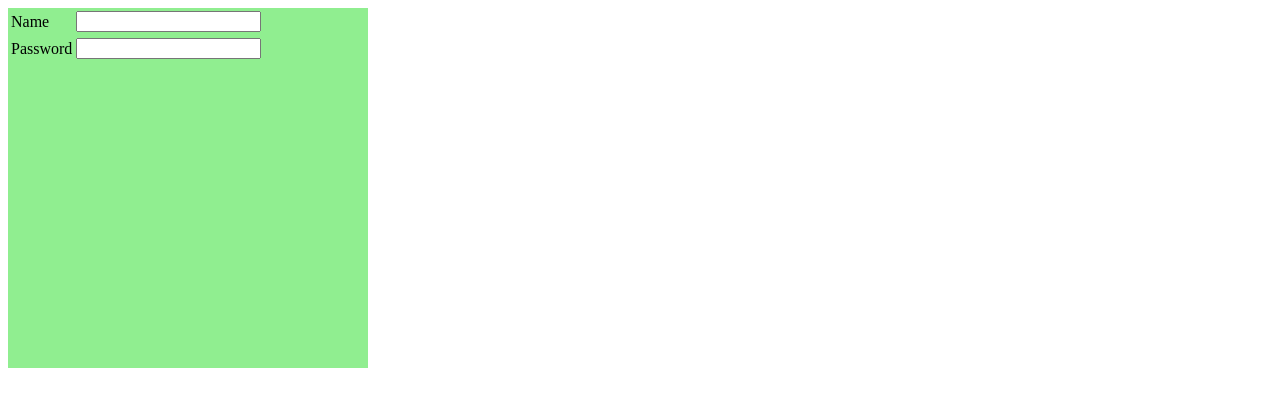
Repository: yash1sh/Java
Page: http://localhost/Servlet_Demo/
The author's editor kept a copy of each file at every save. The page is drawn from the files as they stood at one save, then again after the next save.
The browser window is 1280 px wide. The pictures show the whole page.
The page is served by Tomcat 9. Other server files are loaded and not shown.

Above is the page before, as saved 2022-05-14 07:13:19.

### Bootcmp/Servlet_Demo/src/main/webapp/index.html
<!DOCTYPE html>
<html>
<head>
<meta charset="ISO-8859-1">
<title>Insert title here</title>
<link rel="stylesheet" type="text/css" href="indexcss.css">
</head>
<body>
	<section class="form">
		<article>
			<form action="">
				<table>
					<tr> <td> <label>Name</label> </td>
						<td><input type="text" id="Name"></td>
					<tr>
					<tr>
						<td><label>Password</label></td>
						<td><input type="password" id="password"></td>
					</tr>
				</table>
			</form>
		</article>
	</section>





</body>
</html>

### Bootcmp/Servlet_Demo/src/main/webapp/indexcss.css
@charset "ISO-8859-1";
.form{
	background-color: lightgreen;
	width:50vh;
	height:50vh;
	color:black;
}

After the next save:
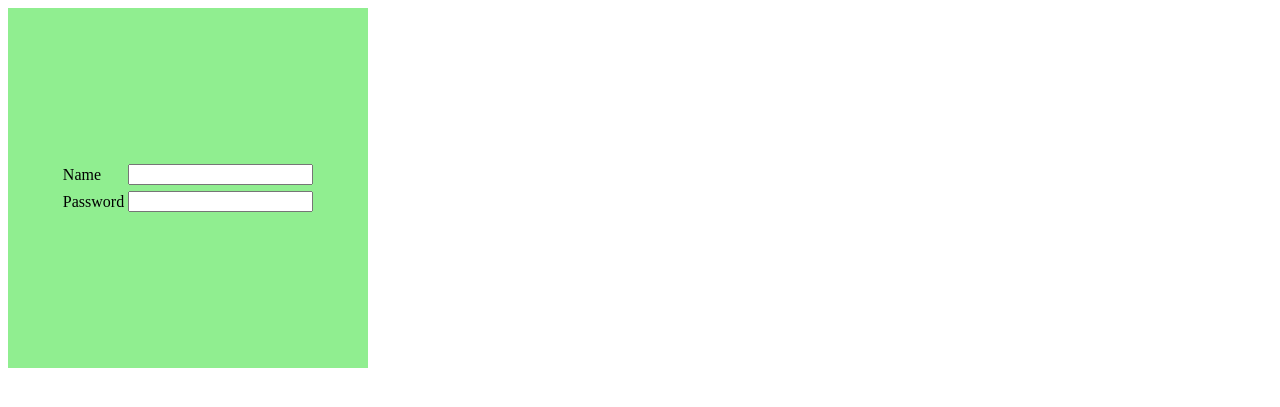
Saved 2 h 13 min later.
--- a/Bootcmp/Servlet_Demo/src/main/webapp/indexcss.css
+++ b/Bootcmp/Servlet_Demo/src/main/webapp/indexcss.css
@@ -4,4 +4,7 @@
 	width:50vh;
 	height:50vh;
 	color:black;
+	display:flex;
+	justify-content:center;
+	align-items:center;
 }
